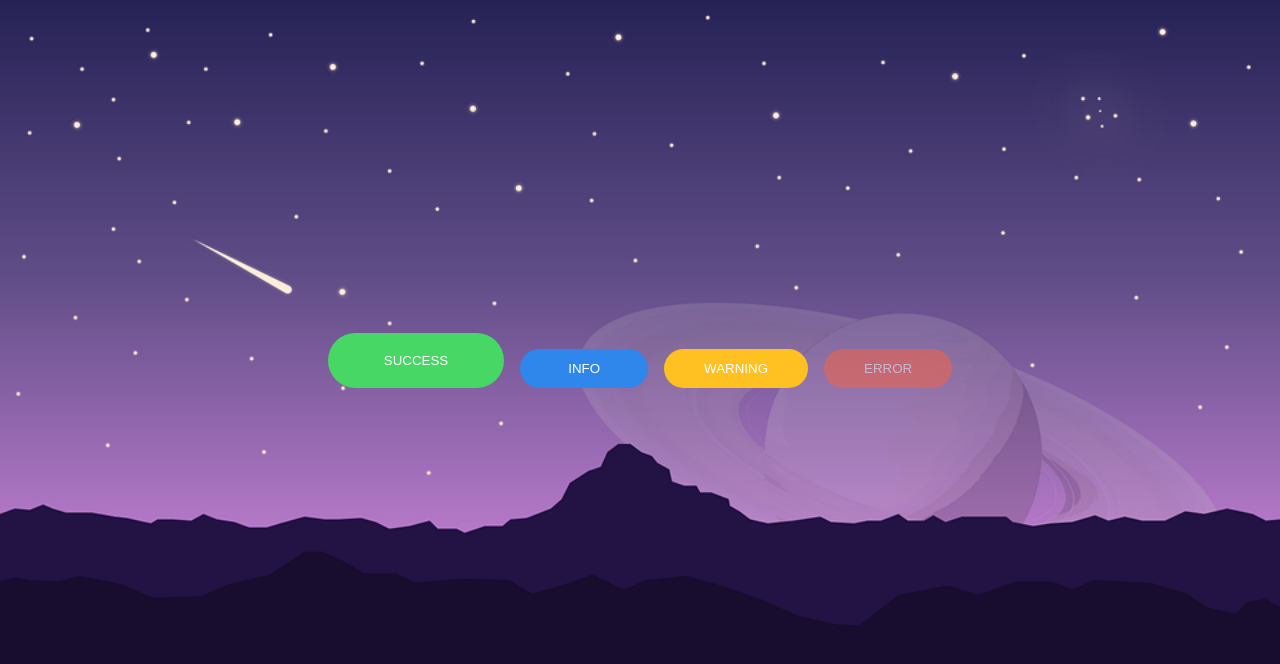
Repository: hoangtranduchai/toast-message
Page: index.html
The author's editor kept a copy of each file at every save. The page is drawn from the files as they stood at one save, then again after the next save.
The browser window is 1280 px wide. The pictures show the whole page.
Some web libraries are served in a nearby version.

Above is the page before, as saved 2021-08-18 17:08:10.

### index.html
<!DOCTYPE html>
<html lang="en">
<head>
    <meta charset="UTF-8">
    <meta http-equiv="X-UA-Compatible" content="IE=edge">
    <meta name="viewport" content="width=device-width, initial-scale=1.0">
    <title>Button & Toast</title>
    <link rel="stylesheet" href="./assets/css/style.css">
    <link rel="stylesheet" href="./assets/css/responsive.css">
    <link rel="stylesheet" href="https://pro.fontawesome.com/releases/v5.10.0/css/all.css" integrity="sha384-AYmEC3Yw5cVb3ZcuHtOA93w35dYTsvhLPVnYs9eStHfGJvOvKxVfELGroGkvsg+p" crossorigin="anonymous"/>
</head>
<body>
    <div id="main">
        <div id="toast"></div>

        <!-- Begin: Button -->
        <button onclick="showSuccessToast();" class="btn btn--success btn--size-l">Success</button>
        <button onclick="showInfoToast();" class="btn btn--info">Info</button>
        <button onclick="showWarningToast();" class="btn btn--warn btn-size-s">Warning</button>
        <button class="btn btn--error btn--disabled btn-size-s">Error</button>
        <!-- End: Button -->

    </div>

    <script>
        // Toast function
        function toast({
            title = "",
            message = "",
            type = "info",
            duration = 3000
        }) {
            const main = document.getElementById("toast");
            if (main) {
                const toast = document.createElement("div");

                // Auto remove toast
                const autoRemoveId = setTimeout(function () {
                    main.removeChild(toast);
                }, duration + 1000);

                // Remove toast when clicked
                toast.onclick = function (e) {
                if (e.target.closest(".toast__close")) {
                    main.removeChild(toast);
                    clearTimeout(autoRemoveId);
                }
                };

                const icons = {
                    success: "fas fa-check-circle",
                    info: "fas fa-info-circle",
                    warning: "fas fa-exclamation-circle"
                };
                const icon = icons[type];
                const delay = (duration / 1000).toFixed(2);

                toast.classList.add("toast", `toast--${type}`);
                toast.style.animation = `slideInLeft ease .4s, faceOut linear 1s ${delay}s forwards`;

                toast.innerHTML = `
                    <div class="toast__icon">
                        <i class="${icon}"></i>
                    </div>
                    <div class="toast__body">
                        <h3 class="toast__title">${title}</h3>
                        <p class="toast__msg">${message}</p>
                    </div>
                    <div class="toast__close">
                        <i class="fas fa-times"></i>
                    </div>
                `;
                main.appendChild(toast);
            }
        }

        function showSuccessToast() {
            toast({
                title: 'Success',
                message: 'Lorem ipsum dolor, sit amet consectetur adipisicing elit.',
                type: 'success',
                duration: 5000
            })
        }

        function showInfoToast() {
            toast({
                title: 'Info',
                message: 'Lorem ipsum dolor, sit amet consectetur adipisicing elit.',
                type: 'info',
                duration: 5000
            })
        }

        function showWarningToast() {
            toast({
                title: 'Warning',
                message: 'Lorem ipsum dolor, sit amet consectetur adipisicing elit.',
                type: 'warning',
                duration: 5000
            })
        }
    </script>
</body>
</html>

### assets/css/style.css
* {
  padding: 0;
  margin: 0;
  box-sizing: border-box;
}

body {
  height: 100vh;
  display: flex;
  flex-direction: row;
  font-family: "Helvetica Neue";
  background: url('../img/background/background1.jpg') 100% center / cover no-repeat;
}

body > div {
  margin: auto;
}

#main {
  display: flex;
  justify-content: center;
  flex-wrap: wrap;
}

/* Button */

.btn {
  display: inline-block;
  text-decoration: none;
  border: none;
  background: transparent;
  outline: none;
  color: #fff;
  text-transform: uppercase;
  padding: 12px 48px;
  border-radius: 50px;
  cursor: pointer;
  min-width: 120px;
  transition: opacity .2s ease;
}

.btn:hover {
  opacity: 0.8;
}

.btn + .btn {
  margin-left: 16px;
  margin-top: 16px;
}

.btn--success {
  background: #47d764;
}

.btn--info {
  background: #2f86eb;
}

.btn--warn {
  background: #ffc021;
}

.btn--error {
  background: #ff623d;
}

.btn--disabled {
  opacity: .5 !important;
  cursor: default;
}

.btn--size-l {
  padding: 16px 56px;
}

.btn-size-s {
  padding: 8px 40px;
}


/* Toast */
#toast {
  position: fixed;
  top: 32px;
  right: 32px;
  z-index: 999999;
}

.toast {
  display: flex;
  align-items: center;
  background: #fff;
  border-radius: 4px;
  padding: 20px 0;
  min-width: 400px;
  max-width: 450px;
  border-left: 4px solid;
  box-shadow: 0 5px 8px rgba(0, 0, 0, 0.08);
  transition: all linear 0.4s;
}

@keyframes slideInLeft {
  from {
    opacity: 0;
    transform: translateX(calc(100% + 32px));
  }
  to {
    opacity: 1;
    transform: translateX(0);
  }
}

@keyframes faceOut {
  to {
    opacity: 0;
  }
}

.toast--success {
  border-color: #47d764;
}

.toast--success .toast__icon {
  color: #47d764;
}

.toast--info {
  border-color: #2f86eb;
}

.toast--info .toast__icon {
  color: #2f86eb;
}

.toast--warning {
  border-color: #ffc021;
}

.toast--warning .toast__icon {
  color: #ffc021;
}

.toast + .toast {
  margin-top: 24px;
}

.toast__icon {
  font-size: 24px;
}

.toast__icon,
.toast__close {
  padding: 0 16px;
}

.toast__body {
  flex-grow: 1;
}

.toast__title {
  font-size: 16px;
  font-weight: 600;
  color: #333;
}

.toast__mess {
  font-size: 14px;
  color: #888;
  margin-top: 6px;
  line-height: 1.5;
}

.toast__close {
  font-size: 24px;
  color: rgba(0, 0, 0, 0.3);
  cursor: pointer;
}

.toast__close:hover {
  opacity: 0.6;
}

### assets/css/responsive.css
/* PC */
@media (min-width: 64em) {

}

/* PC & Tablet */
@media (min-width: 46.25em) {

}

/* Tablet */
@media (min-width: 46.25em) and (max-width: 63.9375em) {

}

/* Tablet & Mobile */
@media (max-width: 63.9375em) {
    .btn {
        padding: 16px 48px;
    }

    .btn-size-s {
        padding: 14px 40px;
    }

    .btn--size-l {
        padding: 18px 56px;
    }
}

/* Mobile */
@media (max-width: 46.1875em) {

}

After the next save:
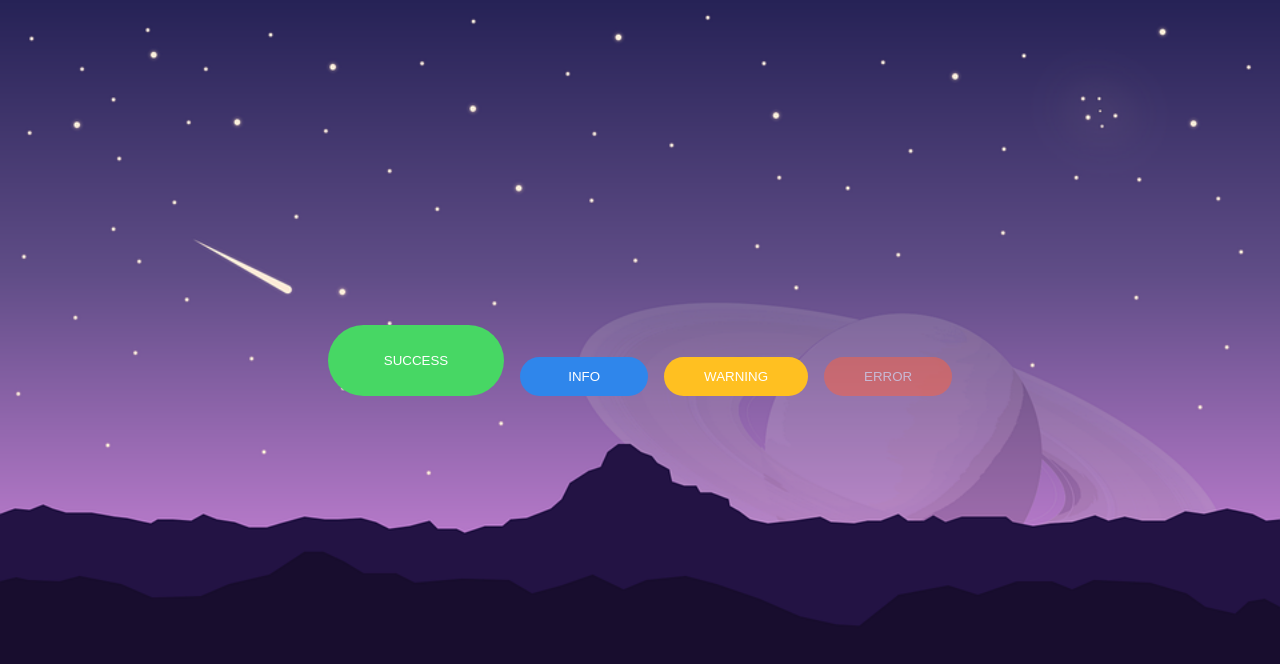
Saved 11 s later.
--- a/assets/css/style.css
+++ b/assets/css/style.css
@@ -45,7 +45,7 @@ body > div {
 
 .btn + .btn {
   margin-left: 16px;
-  margin-top: 16px;
+  margin-top: 32px;
 }
 
 .btn--success {
